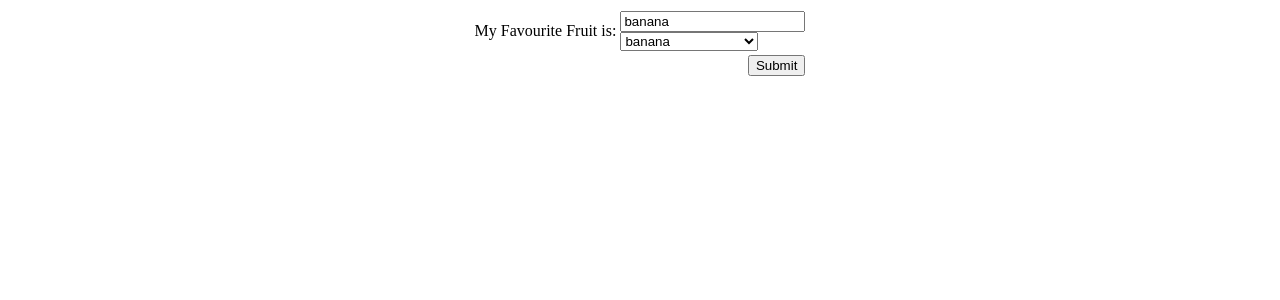
Repository: KingJF1/musical-octo-broccoli
Page: http://localhost/DoubleselectDemo/
These files come from the project's save history. The page is drawn as it stood at one moment and after the next save; the edit follows.
The browser window is 1280 px wide. The pictures show the whole page.
The page is served by Tomcat 9.

Above is the page before, as saved 2017-03-31 12:35:35.

After the next save:
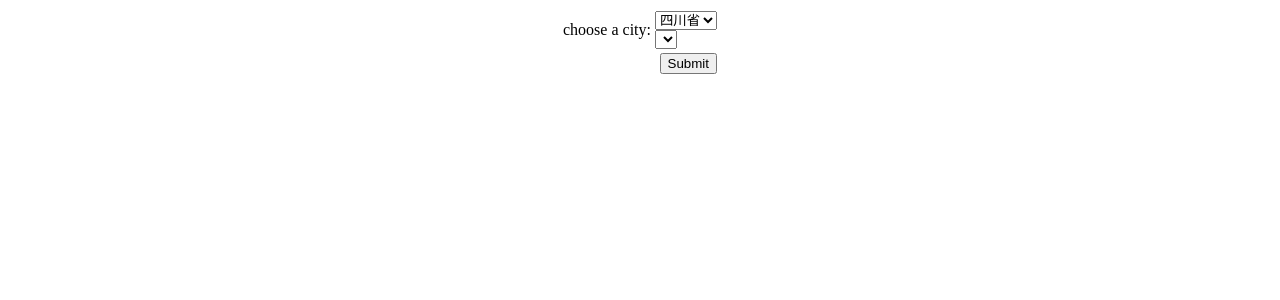
Saved 4 min 14 s later.
--- a/workspace/DoubleselectDemo/WebContent/index.jsp
+++ b/workspace/DoubleselectDemo/WebContent/index.jsp
@@ -10,14 +10,10 @@
 <body>
 	<center>
 		<s:form action="user">
-			<s:combobox
-			label="My Favourite Fruit is"
-			name="fruit"
-			list="{'apple','banana','grape','pear'}"
-			headerKey="-1"
-			headerValue="---  Please Select ---"
-			emptyOption="true"
-			value="banana"/>
+			<s:doubleselect label="choose a city" name="province"
+			list="{'四川省','山东省'}"
+			doubleName="city"
+			doubleList="top == '四川省' ？ {'成都市','绵阳市'} : {'济南市','青岛市'"/>
 			<s:submit/>
 		</s:form>
 	</center>
